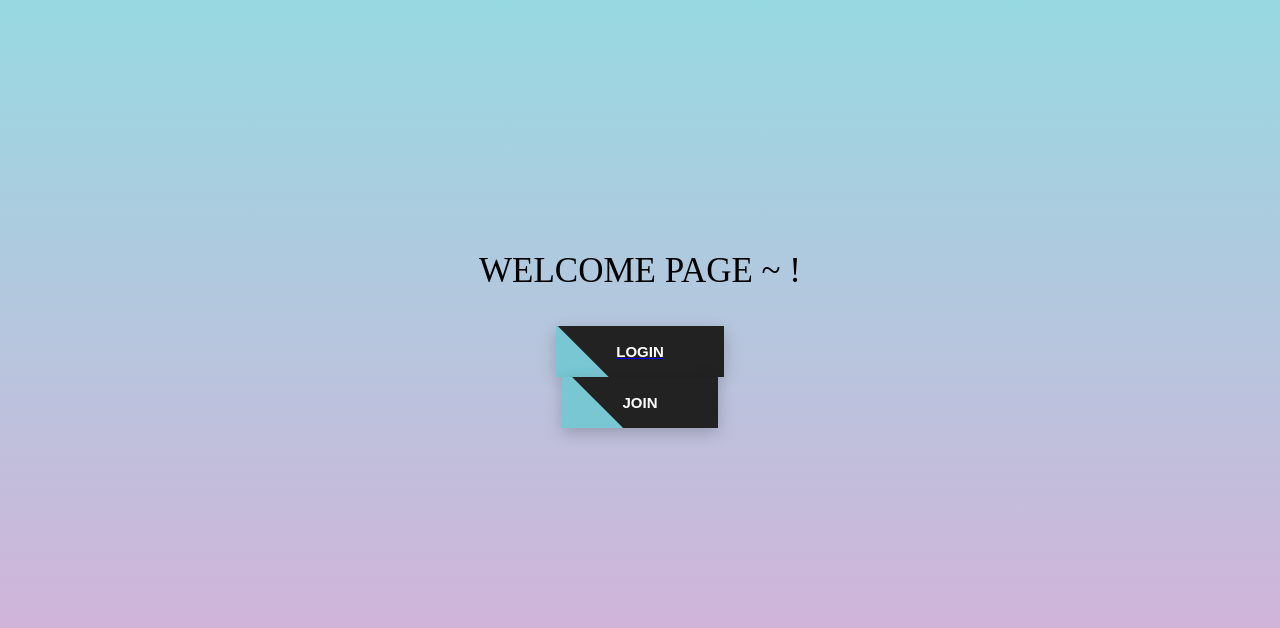
Repository: bbqju13/jsp0602
Page: http://localhost/project4/
These files come from the project's save history. The page is drawn as it stood at one moment and after the next save; the edit follows.
The browser window is 1280 px wide. The pictures show the whole page.
Some web fonts or font styles are not loaded; a fallback is used. The page is served by Tomcat 9.

Above is the page before, as saved 2023-05-30 02:20:38.

After the next save:
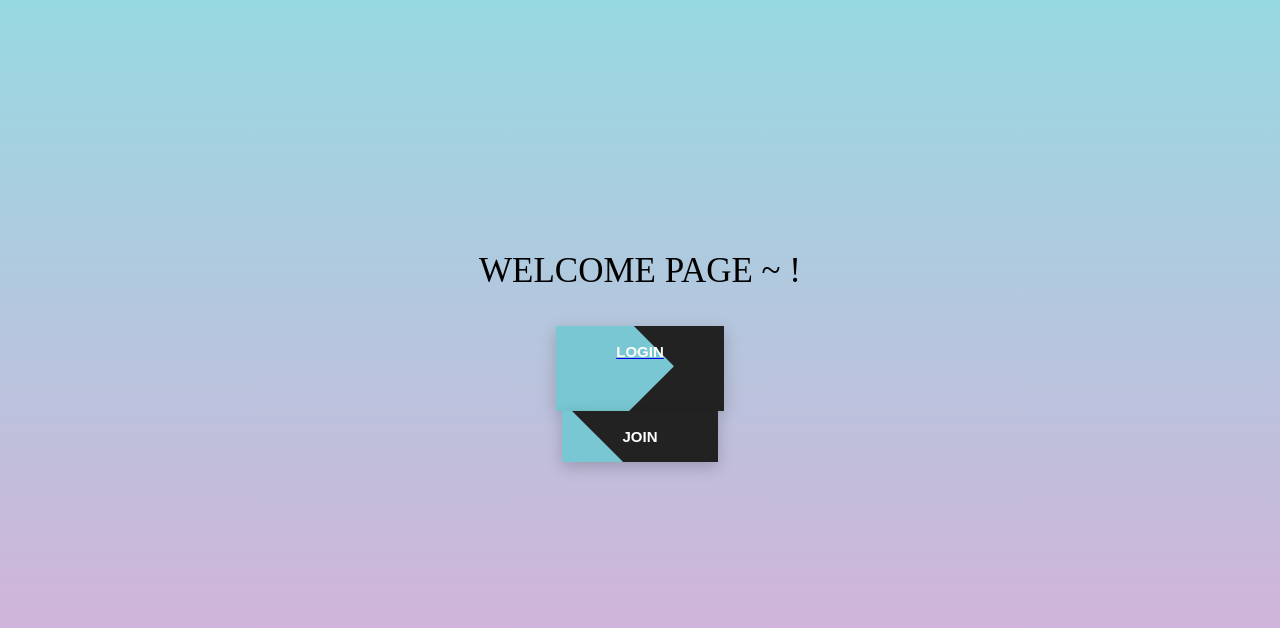
Saved 17 s later.
--- a/jsp_project4/project4/src/main/webapp/index.jsp
+++ b/jsp_project4/project4/src/main/webapp/index.jsp
@@ -11,7 +11,7 @@
 	<div class="button_container">
 		<p class="description">WELCOME PAGE ~ !</p>
 		<a href="bcl"><button class="btn">
-			<span>LOGIN</span> <br>
+			<span>LOGIN</span> <br> <br> <br>
 		</button></a>
 		<a>
 		<button class="btn">JOIN</button>
